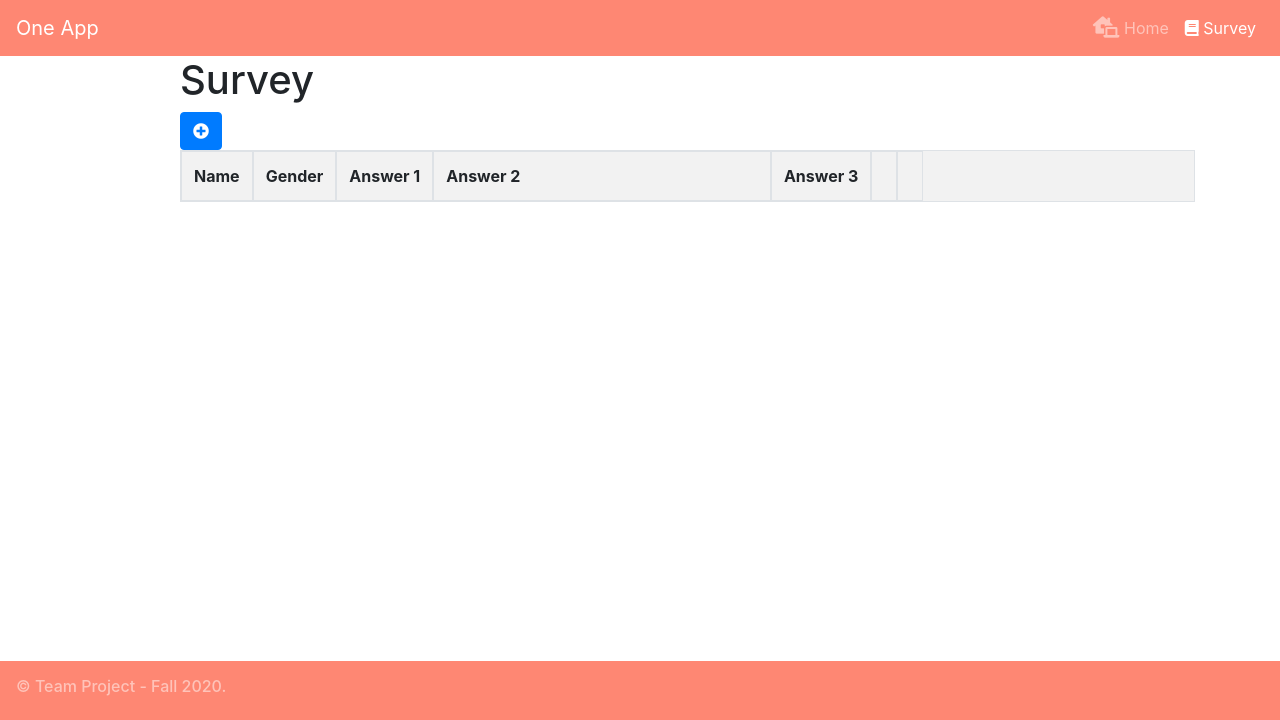
Repository: Dyazho/group-project
Page: http://localhost/survey
An editor plug-in stored every save of this project. The page is shown before and after the next save, followed by the edit.
The browser window is 1280 px wide. The pictures show the whole page.
The page is served by the project's Node server (server.js). Other server files are loaded and not shown. Queries for data that is not in the repository find no rows.

Above is the page before, as saved 2020-11-16 11:04:47.

### server/views/book/list.ejs
<%- include ../partials/header.ejs %>

<%- include ../partials/main_nav.ejs %>


  <!-- Main Content -->
  <main class="container">
    <div class="row">
        <div class="offset-md-1 col-md-11">
            <h1><%= title %></h1>
            <a href="/survey/add" class="btn btn-primary" role="button">
            <i class="fas fa-plus-circle"></i></a>
            <br>
            <table class="table table-bordered table-striped table-hover">
                <!-- Header Row-->
                <tr class="d-flex">
                    <th class="text-center">Name</th>
                    <th class="text-center">Gender</th>
                    <th class="text-center">Answer 1</th>
                    <th class="col-4">Answer 2</th>
                    <th class="text-center">Answer 3</th>
                    <th class="text-center"></th>
                    <th class="text-center"></th>
                </tr>

                <!-- Repeatable Template Row -->

                <% for(let count = 0; count < BookList.length; count++) { %>
                    <tr class="d-flex">
                        <td class="text-center"><%= BookList[count].name %></td>
                        <td class="text-center"><%= BookList[count].gender %></td>
                        <td class="text-center"><%= BookList[count].question1 %></td>
                        <td class="col-4"><%= BookList[count].question2 %></td>
                        <td class="text-center"><%= BookList[count].question3 %></td>
                        <td class="text-center">
                            <a href="/survey/edit/<%= BookList[count]._id %>" class="btn btn-primary btn-sm">
                            <i class="fas fa-pencil-alt"></i> Edit</a>
                        </td>
                        <td class="text-center">
                            <a href="/survey/delete/<%= BookList[count]._id %>" class="btn btn-danger btn-sm">
                            <i class="fas fa-trash-alt"></i> Delete</a>
                        </td>
                    </tr>
                <% } %>
            </table>
        </div>
    </div>
  </main>

<%- include ../partials/bottom_nav.ejs %>

<%- include ../partials/footer.ejs %>

### server/views/partials/header.ejs
<!DOCTYPE html>
<html lang="en">
<head>
  <meta charset="UTF-8">
  <meta name="viewport" content="width=device-width, initial-scale=1.0">
  <title><%= title %></title>
  <!-- CSS Section -->

  <link rel="stylesheet" href="/bootstrap/dist/css/bootstrap.min.css">
  <link rel="stylesheet" href="/@fortawesome/fontawesome-free/css/all.min.css">
  <link rel='stylesheet' href='/Content/app.css' />

</head>
<body>

### server/views/partials/main_nav.ejs
<!-- Main Navigation -->
  <nav class="navbar navbar-expand-lg navbar-dark navbar-colorr">

    <a class="navbar-brand" href="/survey"> One App</a>
    <button class="navbar-toggler" type="button" data-toggle="collapse" data-target="#navbarSupportedContent" aria-controls="navbarSupportedContent" aria-expanded="false" aria-label="Toggle navigation">
      <span class="navbar-toggler-icon"></span>
    </button>

    <div class="collapse navbar-collapse" id="navbarSupportedContent">
      <ul class="navbar-nav ml-auto">

        <% if (title == "Home"){ %>
        <li class="nav-item active">
        <% } else  { %>
        <li class="nav-item">
        <% } %>
          <a class="nav-link" href="/home"><i class="fas fa-lg fa-laptop-house"></i> Home </a>
        </li>


        <% if (title == "Survey") { %>
        <li class="nav-item active">
        <% } else  { %>
        <li class="nav-item">
        <% } %>
          <a class="nav-link" href="/survey"><i class="fas fa-book"></i> Survey </a>
        </li>


    </div>
  </nav>

### server/views/partials/bottom_nav.ejs
<!-- Bottom Nav -->
  <footer>
    <nav class="navbar fixed-bottom navbar-dark navbar-colorr">
      <h6 class="display-6 navbar-text">&copy; Team Project - Fall 2020.</h6>
    </nav>
  </footer>

### server.js
#!/usr/bin/env node


/*  Sanamdeep Singh
    301107513       */


/**
 * Module dependencies.
 */

var app = require('./server/config/app');
var debug = require('debug')('week-4:server');
var http = require('http');

/**
 * Get port from environment and store in Express.
 */

var port = normalizePort(process.env.PORT || '3000');
app.set('port', port);

/**
 * Create HTTP server.
 */

var server = http.createServer(app);

/**
 * Listen on provided port, on all network interfaces.
 */

server.listen(port);
server.on('error', onError);
server.on('listening', onListening);

/**
 * Normalize a port into a number, string, or false.
 */

function normalizePort(val) {
  var port = parseInt(val, 10);

  if (isNaN(port)) {
    // named pipe
    return val;
  }

  if (port >= 0) {
    // port number
    return port;
  }

  return false;
}

/**
 * Event listener for HTTP server "error" event.
 */

function onError(error) {
  if (error.syscall !== 'listen') {
    throw error;
  }

  var bind = typeof port === 'string'
    ? 'Pipe ' + port
    : 'Port ' + port;

  // handle specific listen errors with friendly messages
  switch (error.code) {
    case 'EACCES':
      console.error(bind + ' requires elevated privileges');
      process.exit(1);
      break;
    case 'EADDRINUSE':
      console.error(bind + ' is already in use');
      process.exit(1);
      break;
    default:
      throw error;
  }
}

/**
 * Event listener for HTTP server "listening" event.
 */

function onListening() {
  var addr = server.address();
  var bind = typeof addr === 'string'
    ? 'pipe ' + addr
    : 'port ' + addr.port;
  debug('Listening on ' + bind);
}

### server/controllers/book.js
let express = require('express');
let router = express.Router();
let mongoose = require('mongoose');

// create a reference to the model
let Book = require('../models/book');

module.exports.displayBookList = (req, res, next) => {
    Book.find((err, bookList) => {
        if(err)
        {
            return console.error(err);
        }
        else
        {
            //console.log(BookList);

            res.render('book/list', {title: 'Survey', BookList: bookList});
        }
    });
}

module.exports.displayAddPage = (req, res, next) => {
    res.render('book/add', {title: 'Add'})
}

module.exports.processAddPage = (req, res, next) => {
    let newBook = Book({
        "name": req.body.name,
        "author": req.body.author,
        "published": req.body.published,
        "description": req.body.description,
        "price": req.body.price
    });

    Book.create(newBook, (err, Book) =>{
        if(err)
        {
            console.log(err);
            res.end(err);
        }
        else
        {
            // refresh the book list
            res.redirect('/survey');
        }
    });

}

module.exports.displayEditPage = (req, res, next) => {
    let id = req.params.id;

    Book.findById(id, (err, bookToEdit) => {
        if(err)
        {
            console.log(err);
            res.end(err);
        }
        else
        {
            //show the edit view
            res.render('book/edit', {title: 'Edit', book: bookToEdit})
        }
    });
}

module.exports.processEditPage = (req, res, next) => {
    let id = req.params.id

    let updatedBook = Book({
        "_id": id,
        "name": req.body.name,
        "author": req.body.author,
        "published": req.body.published,
        "description": req.body.description,
        "price": req.body.price
    });

    Book.updateOne({_id: id}, updatedBook, (err) => {
        if(err)
        {
            console.log(err);
            res.end(err);
        }
        else
        {
            // refresh the book list
            res.redirect('/survey');
        }
    });
}

module.exports.performDelete = (req, res, next) => {
    let id = req.params.id;

    Book.remove({_id: id}, (err) => {
        if(err)
        {
            console.log(err);
            res.end(err);
        }
        else
        {
             // refresh the book list
             res.redirect('/survey');
        }
    });
}

### public/Content/app.css
/* custom css goes here */

.navbar-colorr {
  background-color: #fe8773;
}

### public/Scripts/app.js
/*  Sanamdeep Singh
    301107513       */


// IIFE -- Immediately Invoked Function Expression
(function(){

    function Start()
    {
        console.log("App Started...");

        let deleteButtons = document.querySelectorAll('.btn-danger');

        for(button of deleteButtons)
        {
            button.addEventListener('click', (event)=>{
                if(!confirm("Are you sure?"))
                {
                    event.preventDefault();
                    window.location.assign('/book-list');
                }
            });
        }
    }

    window.addEventListener("load", Start);

})();

Loaded but not shown: server/views/partials/footer.ejs (common file)

After the next save:
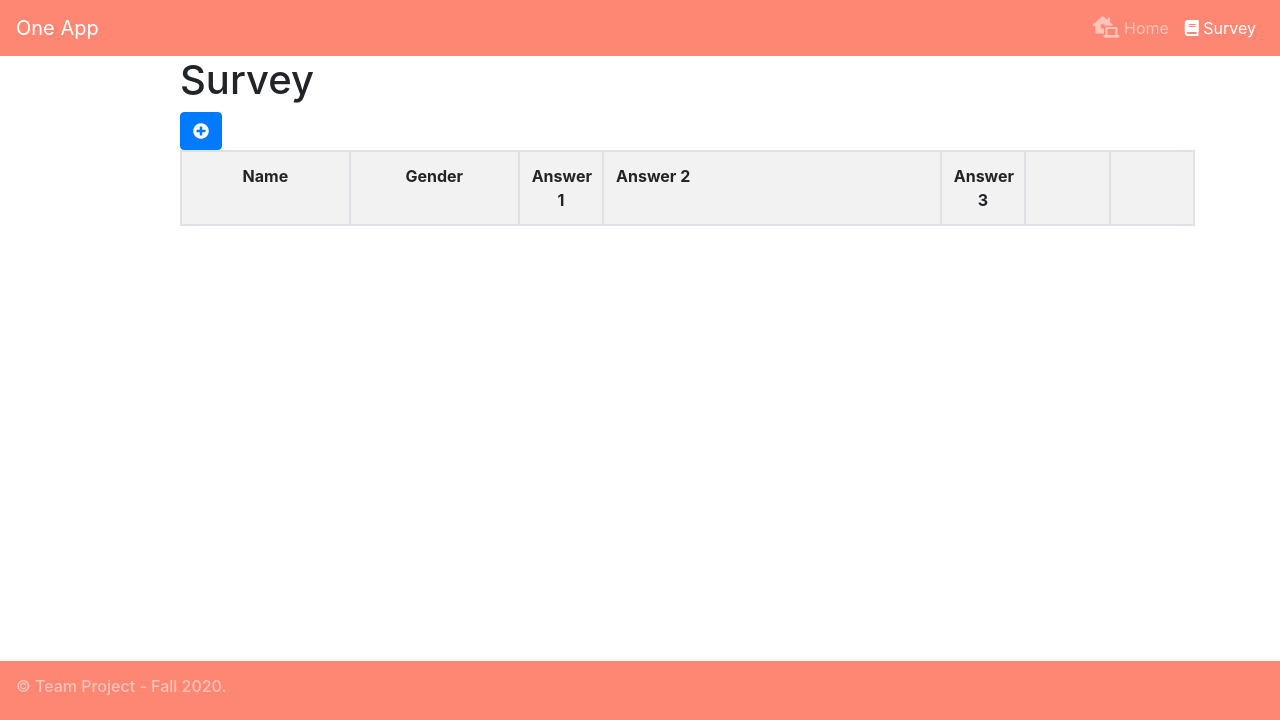
Saved 80 s later.
--- a/server/views/book/list.ejs
+++ b/server/views/book/list.ejs
@@ -14,29 +14,29 @@
             <table class="table table-bordered table-striped table-hover">
                 <!-- Header Row-->
                 <tr class="d-flex">
-                    <th class="text-center">Name</th>
-                    <th class="text-center">Gender</th>
-                    <th class="text-center">Answer 1</th>
+                    <th class="text-center col-2">Name</th>
+                    <th class="text-center col-2">Gender</th>
+                    <th class="text-center col-1">Answer 1</th>
                     <th class="col-4">Answer 2</th>
-                    <th class="text-center">Answer 3</th>
-                    <th class="text-center"></th>
-                    <th class="text-center"></th>
+                    <th class="text-center col-1">Answer 3</th>
+                    <th class="text-center col-1"></th>
+                    <th class="text-center col-1"></th>
                 </tr>
 
                 <!-- Repeatable Template Row -->
 
                 <% for(let count = 0; count < BookList.length; count++) { %>
                     <tr class="d-flex">
-                        <td class="text-center"><%= BookList[count].name %></td>
-                        <td class="text-center"><%= BookList[count].gender %></td>
-                        <td class="text-center"><%= BookList[count].question1 %></td>
+                        <td class="text-center col-2"><%= BookList[count].name %></td>
+                        <td class="text-center col-2"><%= BookList[count].gender %></td>
+                        <td class="text-center col-1"><%= BookList[count].question1 %></td>
                         <td class="col-4"><%= BookList[count].question2 %></td>
-                        <td class="text-center"><%= BookList[count].question3 %></td>
-                        <td class="text-center">
+                        <td class="text-center col-1"><%= BookList[count].question3 %></td>
+                        <td class="text-center col-1">
                             <a href="/survey/edit/<%= BookList[count]._id %>" class="btn btn-primary btn-sm">
                             <i class="fas fa-pencil-alt"></i> Edit</a>
                         </td>
-                        <td class="text-center">
+                        <td class="text-center col-1">
                             <a href="/survey/delete/<%= BookList[count]._id %>" class="btn btn-danger btn-sm">
                             <i class="fas fa-trash-alt"></i> Delete</a>
                         </td>
